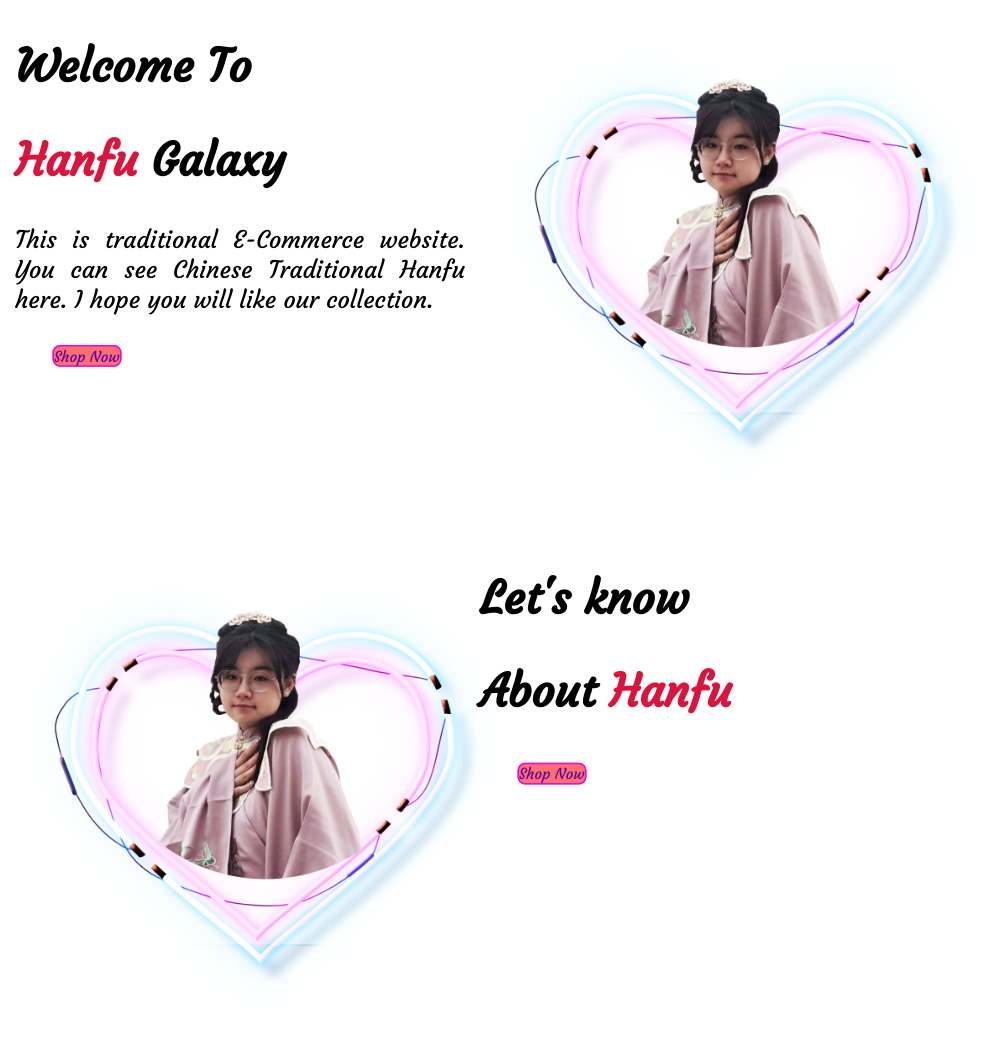
Repository: ramizraaz/E-Commerce
Page: index.html
The author's editor kept a copy of each file at every save. The page is drawn from the files as they stood at one save, then again after the next save.
The browser window is 1280 px wide. The page is 1340 px wide, so the pictures cover 1340 px, including what lies to the right of the window. The pictures show the whole page, at 75% of full size.

Above is the page before, as saved 2022-02-06 21:18:26.

### index.html
<!DOCTYPE html>
<html lang="en">

<head>
    <meta charset="UTF-8">
    <meta http-equiv="X-UA-Compatible" content="IE=edge">
    <meta name="viewport" content="width=device-width, initial-scale=1.0">
    <title>Document</title>
    <link rel="stylesheet" href="main.css">
</head>

<body>
    <section class="top">
        <div class="container">
            <h1>Welcome To </h1>
            <h1><span> Hanfu </span>Galaxy</h1>
            <p>This is traditional E-Commerce website. You can see Chinese Traditional Hanfu here. I hope you will like our collection.
            </p>
            <a href="index.html">Shop Now</a>
        </div>
        <div class="container">
            <img src="images/bg-1.png" alt="showart">
        </div>
    </section>
    <section class="mid">
        <div class="container">
            <img src="images/bg-1.png" alt="showart">
        </div>
        <div class="container">
            <h1>Let's know </h1>
            <h1>About<span> Hanfu </span></h1>
            <p>
            </p>
            <a href="index.html">Shop Now</a>
        </div>
    </section>
</body>

</html>

### main.css
@import url('https://fonts.googleapis.com/css2?family=Courgette&display=swap');
body {
    font-family: 'Courgette', cursive;
    margin: 0;
    font-size: 2rem;
}

h1 {
    font-size: 60px;
}

p {
    text-align: justify;
}

span {
    color: crimson;
}

img {
    width: 700px;
}

a {
    text-decoration: none;
    border: 2px solid #f104e6;
    border-radius: 10px;
    font-size: 20px;
    margin-left: 50px;
    background-color: rgba(243, 7, 7, 0.575);
    color: rgb(101, 2, 167);
}

.top {
    display: flex;
}

.container {
    width: 50%;
    padding-left: 20px;
}

.mid {
    display: flex;
}

.mid .container {
    padding: 0px;
}

After the next save:
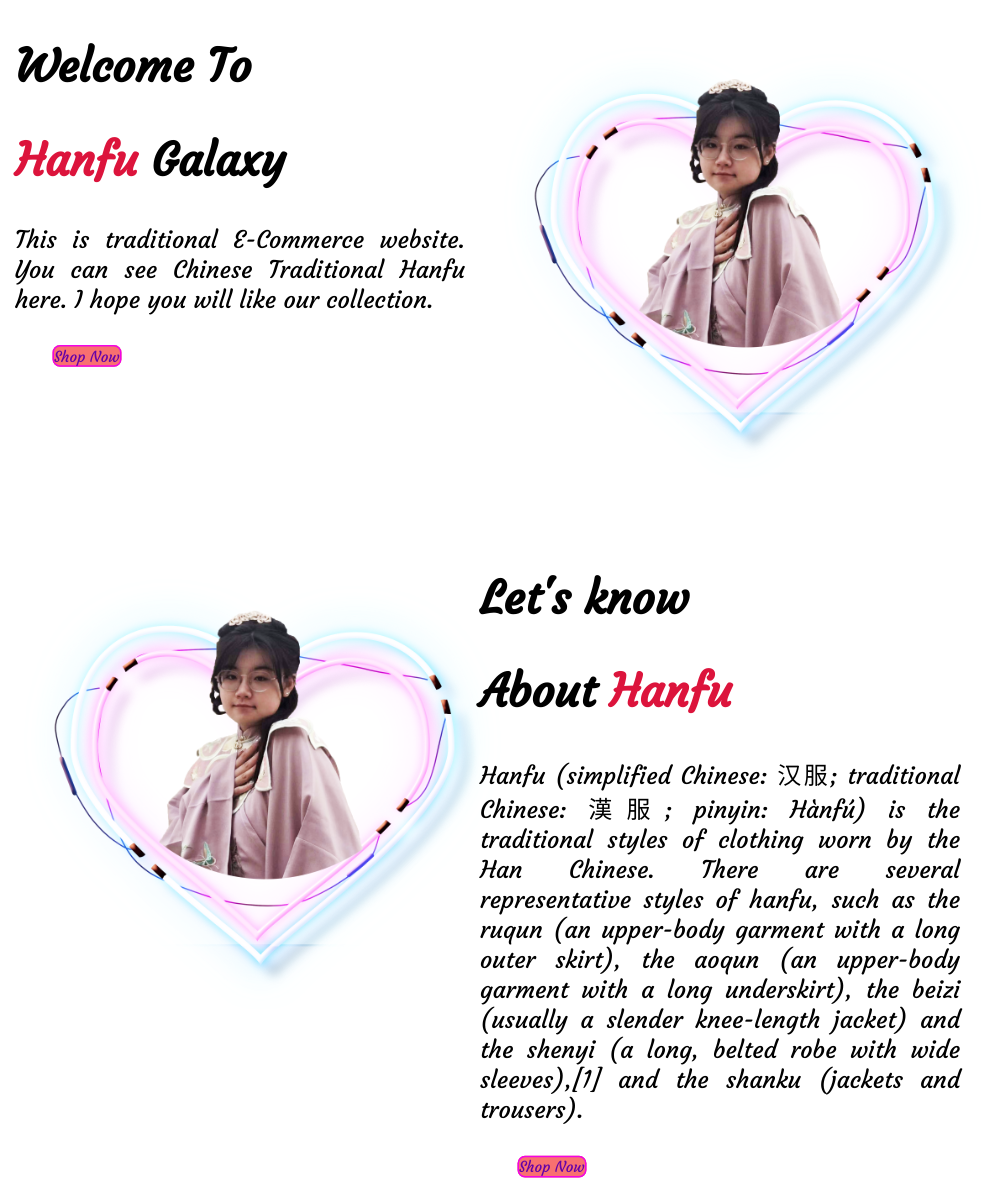
Saved 2 min 14 s later.
--- a/index.html
+++ b/index.html
@@ -29,7 +29,8 @@
         <div class="container">
             <h1>Let's know </h1>
             <h1>About<span> Hanfu </span></h1>
-            <p>
+            <p>Hanfu (simplified Chinese: 汉服; traditional Chinese: 漢服; pinyin: Hànfú) is the traditional styles of clothing worn by the Han Chinese. There are several representative styles of hanfu, such as the ruqun (an upper-body garment with a long outer
+                skirt), the aoqun (an upper-body garment with a long underskirt), the beizi (usually a slender knee-length jacket) and the shenyi (a long, belted robe with wide sleeves),[1] and the shanku (jackets and trousers).
             </p>
             <a href="index.html">Shop Now</a>
         </div>
